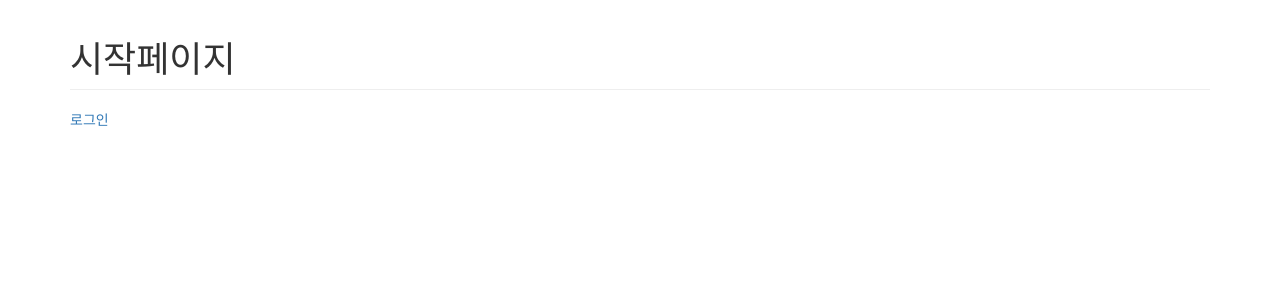
Repository: kimgyuseok/Server
Page: http://localhost/JSPTest/atuh/index.jsp
The author's editor kept a copy of each file at every save. The page is drawn from the files as they stood at one save, then again after the next save.
The browser window is 1280 px wide. The pictures show the whole page.
The page is served by Tomcat 9.

Above is the page before, as saved 2022-01-11 01:18:21.

After the next save:
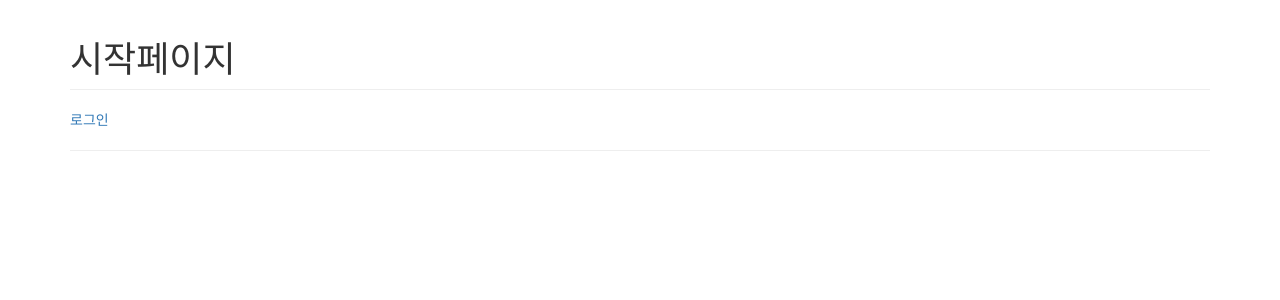
Saved 2 min 19 s later.
--- a/JSPTest/src/main/webapp/atuh/index.jsp
+++ b/JSPTest/src/main/webapp/atuh/index.jsp
@@ -30,6 +30,11 @@
 
 		<%} %>
 
+		<hr>
+
+		<%if(session.getAttribute("id")!=null){ %>
+		<a href="member.jsp">회원 전용 페이지</a>
+		<%} %>
 	</div>
 <script>
 
